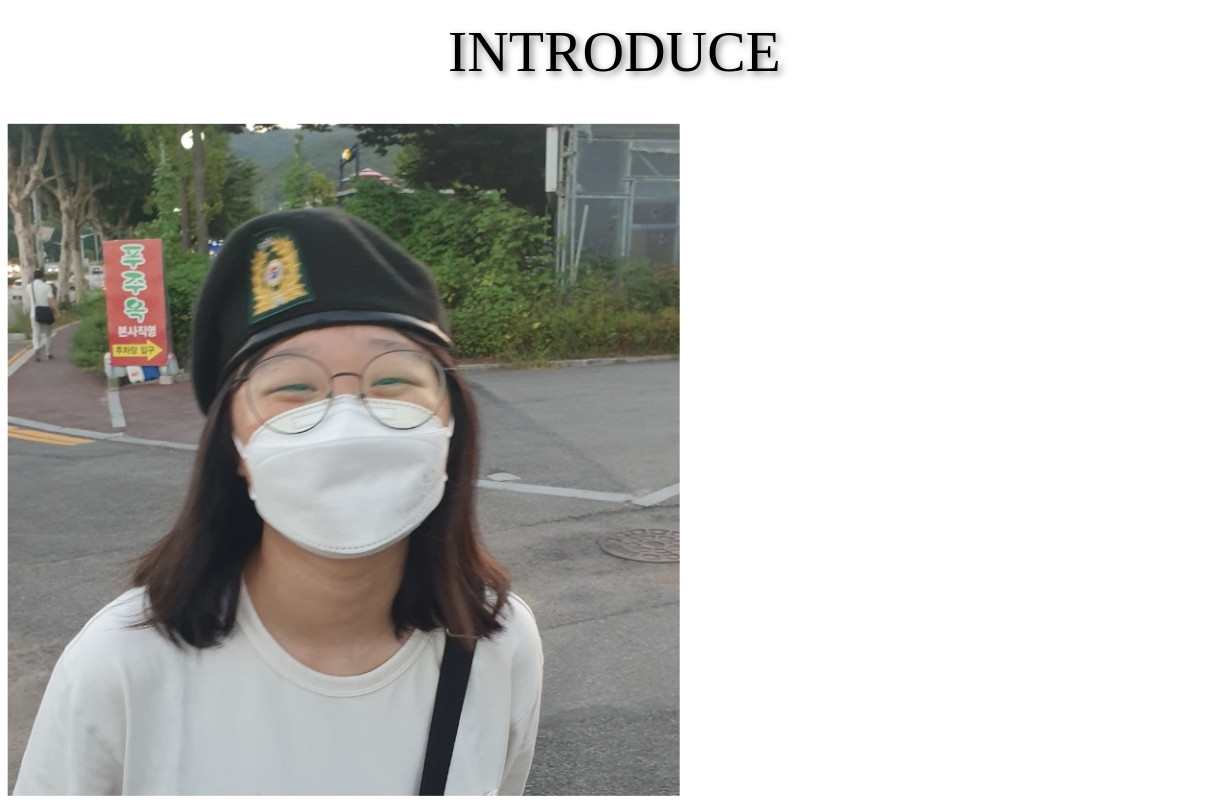
Repository: papav-hub/Web_Study
Page: ChoiHyeMin_reg/src/main/webapp/introduce.html
These files come from the project's save history. The page is drawn as it stood at one moment and after the next save; the edit follows.
The browser window is 1280 px wide. The pictures show the whole page, at 96% of full size.

Above is the page before, as saved 2021-10-03 19:04:35.

After the next save:
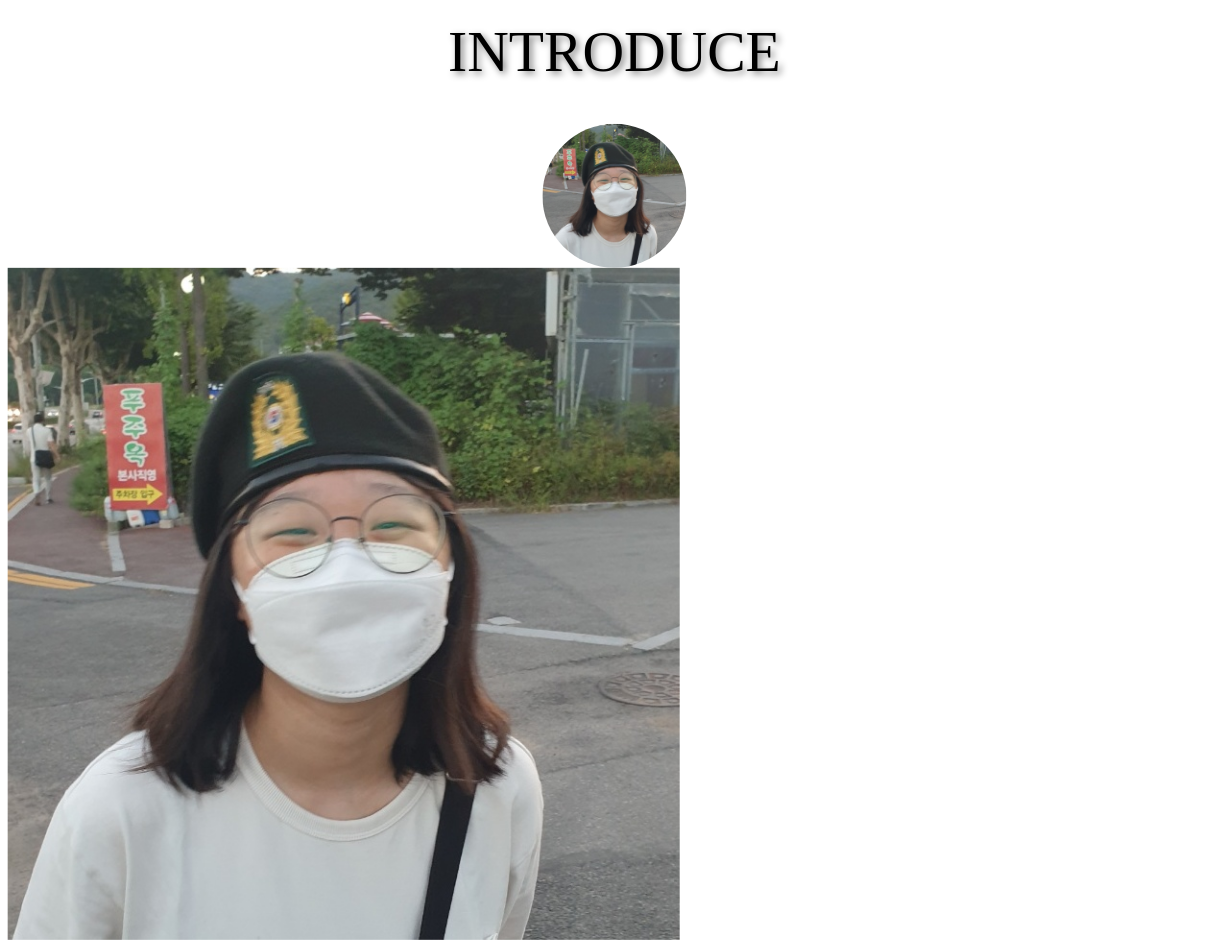
Saved 17 s later.
--- a/ChoiHyeMin_reg/src/main/webapp/introduce.html
+++ b/ChoiHyeMin_reg/src/main/webapp/introduce.html
@@ -28,6 +28,10 @@
 <body>
 	<header> INTRODUCE </header>
 
+	<div class="box" style="background: #BDBDBD;">
+    	<img class="profile" src="resources/ChoiHyeMin01.jpg">
+	</div>
+
 
     <img src="resources/ChoiHyeMin01.jpg" id="circle">
 
